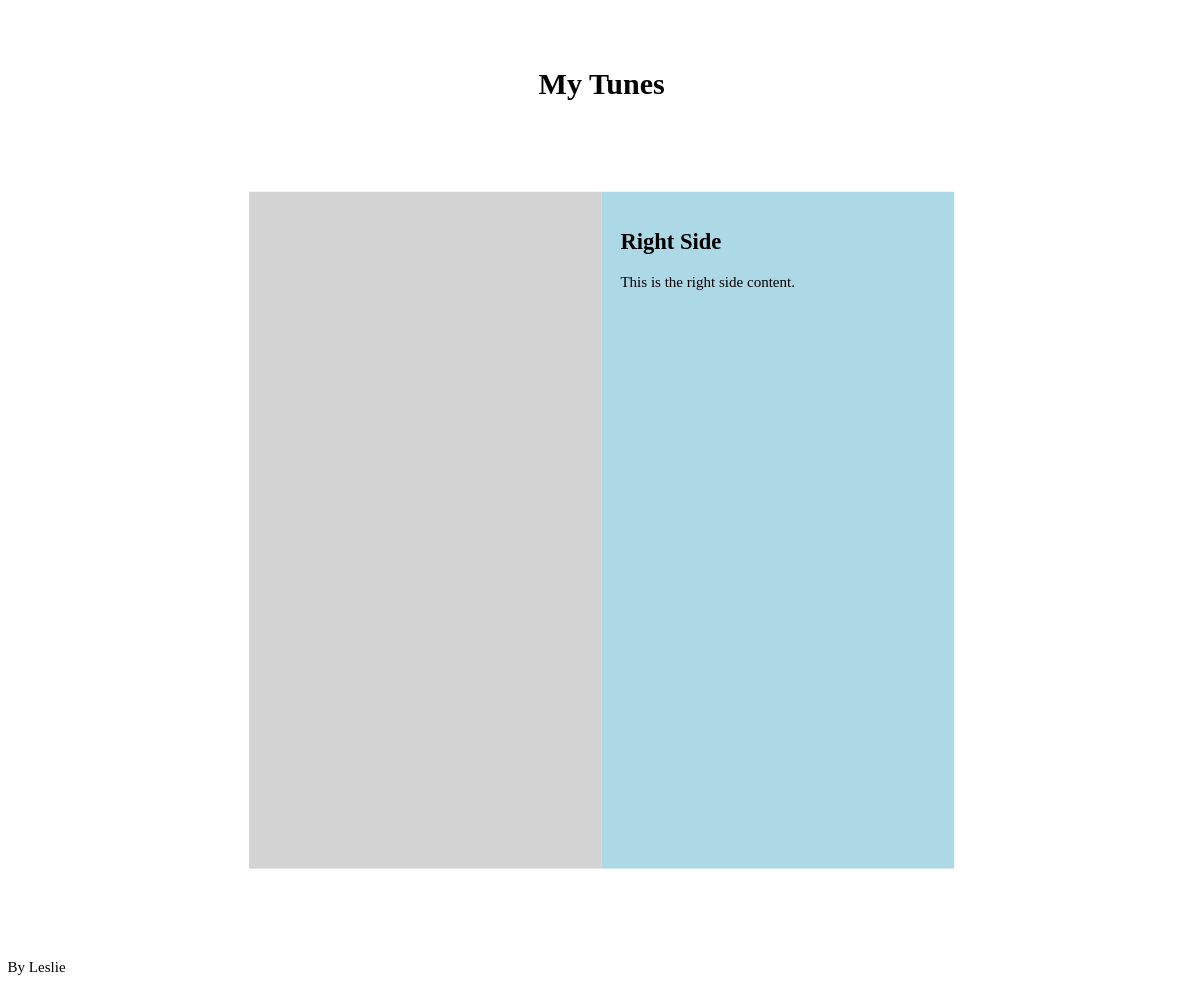
Repository: leslie179/labOne
Page: /
The author's editor kept a copy of each file at every save. The page is drawn from the files as they stood at one save, then again after a run of saves.
The browser window is 1280 px wide. The pictures show the whole page, at 94% of full size.
The project was rebuilt for these pictures with package versions that can differ from the ones it lists, and the page was loaded fresh each time. The framework's server and built-in components were replaced by stand-ins that run in the browser. Also part of the build but not shown: next.config.js, components/Footer/Footer.module.css, components/LeftComponent/LeftComponent.module.css, components/RightComponent/RightComponent.module.css.

Above is the page before, as saved 2024-09-15 21:41:41.

After the next 3 saves:
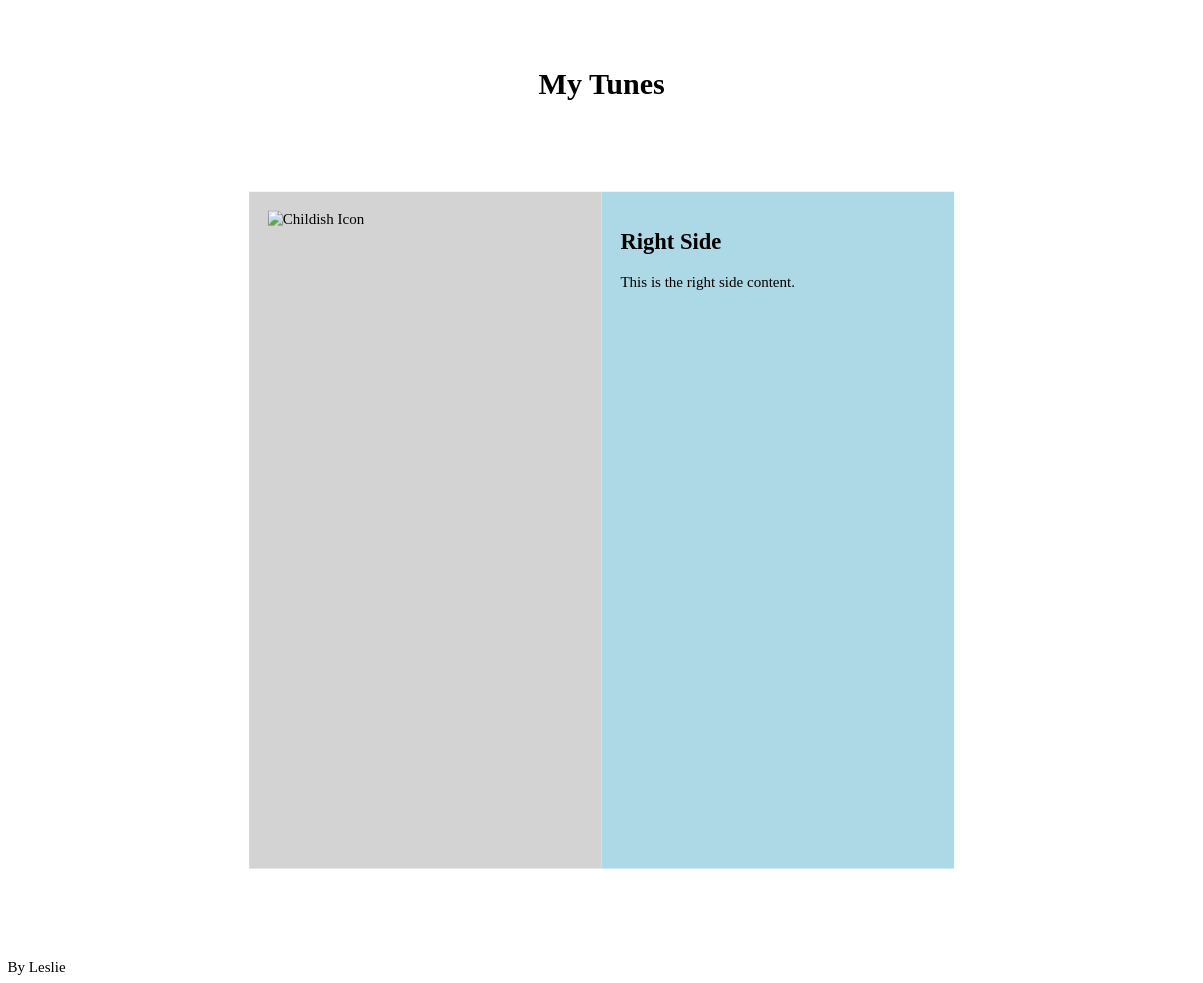
Not found: path/to/childish_icon.jpg
The 3 saves are shown as one change because 1 did not build or start and some came seconds apart.
The last was saved 2 min 0 s later.
--- a/components/LeftComponent/index.js
+++ b/components/LeftComponent/index.js
@@ -3,7 +3,7 @@ import styles from './LeftComponent.module.css';
 export default function LeftComponent() {
     return (
         <div>
-            <img></img>
+            <img src="/path/to/childish_icon.jpg" alt="Childish Icon" className={styles.image} />
         </div>
     );
 }

After the save that followed:
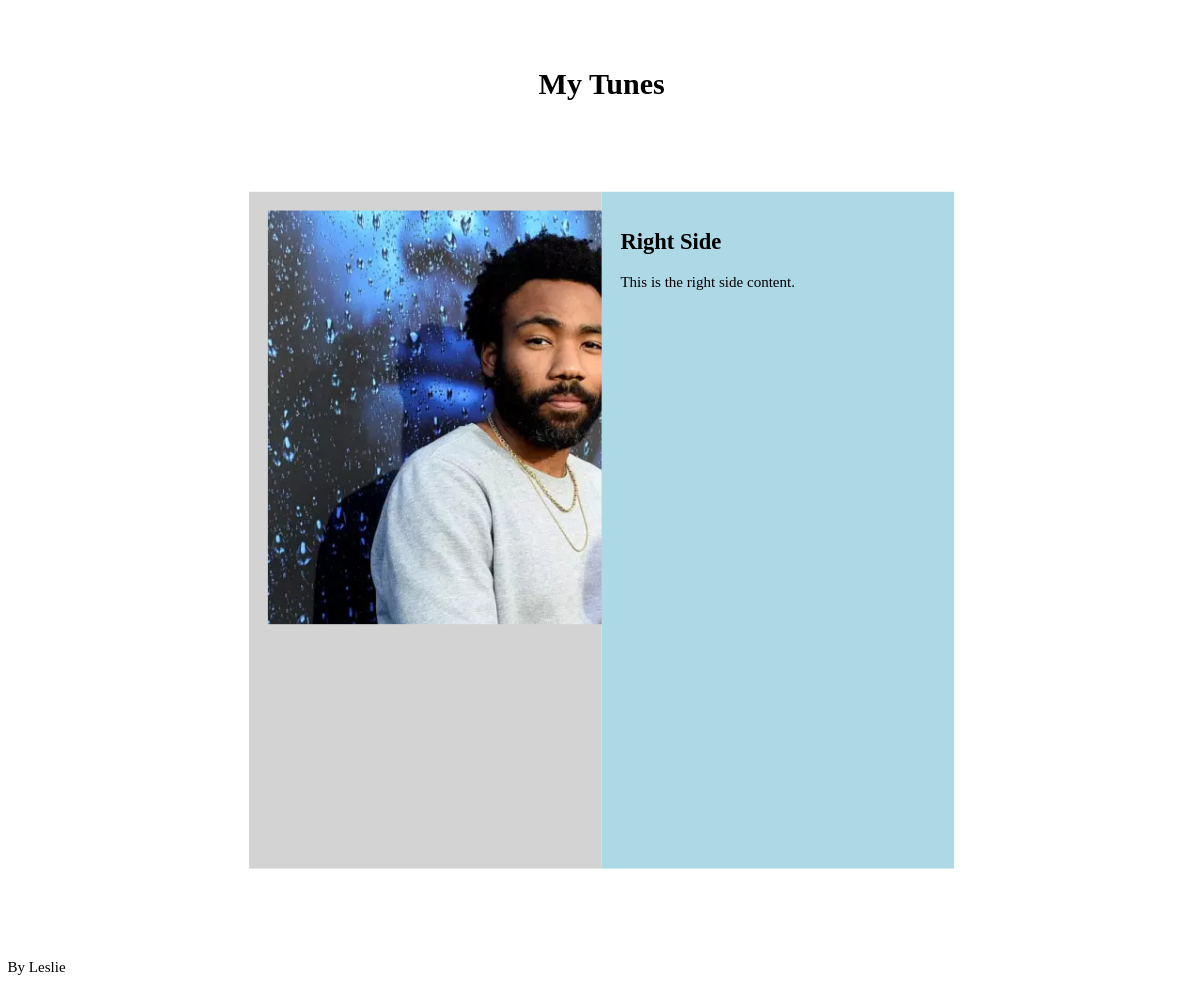
Saved 9 s later.
--- a/components/LeftComponent/index.js
+++ b/components/LeftComponent/index.js
@@ -3,7 +3,7 @@ import styles from './LeftComponent.module.css';
 export default function LeftComponent() {
     return (
         <div>
-            <img src="/path/to/childish_icon.jpg" alt="Childish Icon" className={styles.image} />
+            <img src="childish_icon.jpg" alt="Childish Icon" className={styles.image} />
         </div>
     );
 }
